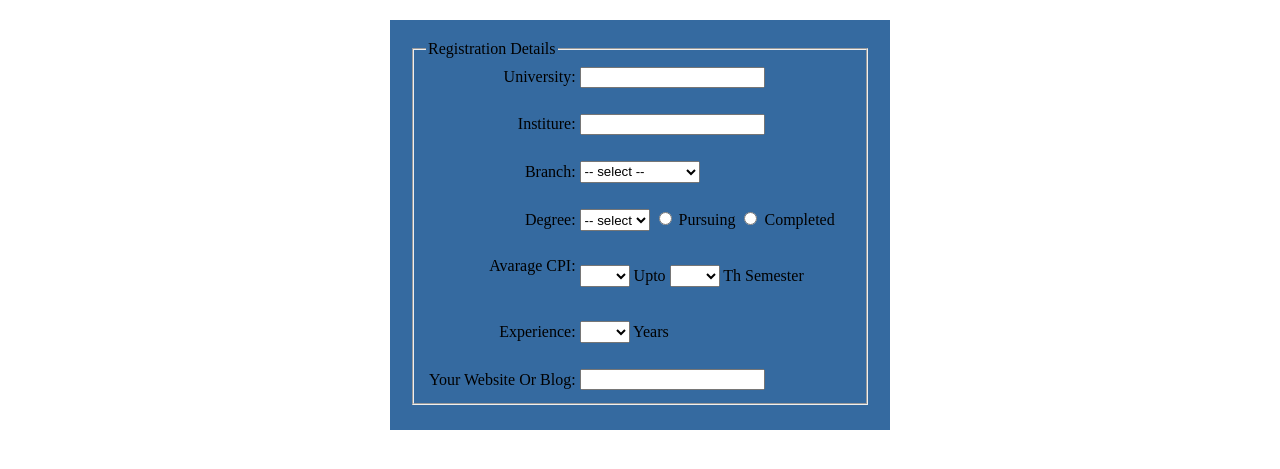
Repository: Helianthusss/Learn-CPP
Page: HTML/lap2/bai5.html
An editor plug-in stored every save of this project. The page is shown before and after the next save, followed by the edit.
The browser window is 1280 px wide. The pictures show the whole page.

Above is the page before, as saved 2021-10-10 13:56:44.

After the next save:
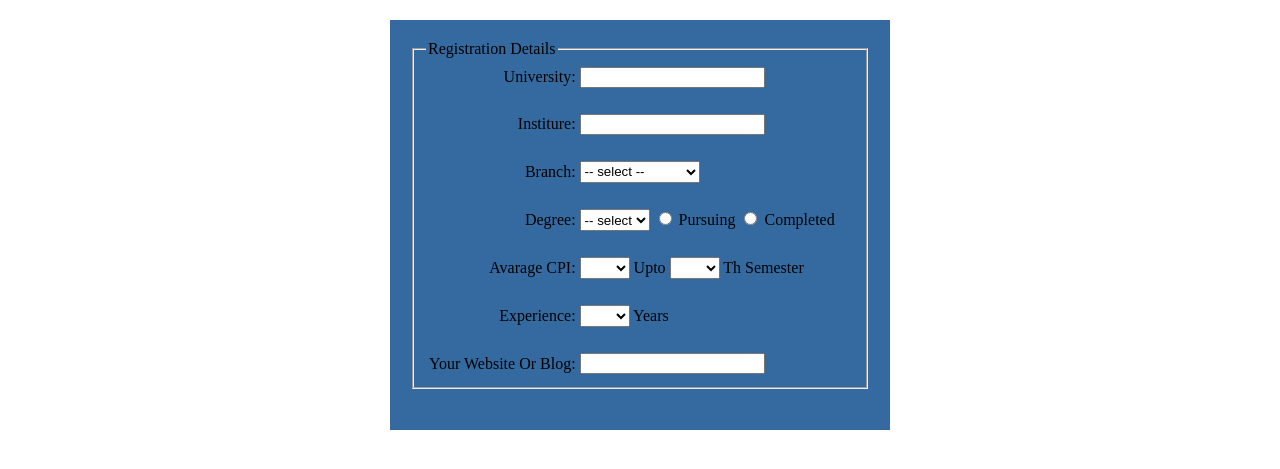
Saved 11 s later.
--- a/HTML/lap2/bai5.html
+++ b/HTML/lap2/bai5.html
@@ -82,9 +82,6 @@
             </tr>
             <tr>
                 <td class="ps">Avarage CPI:
-                  <optgroup label="">
-
-                  </optgroup>
                 </td>
 
                 <td>
